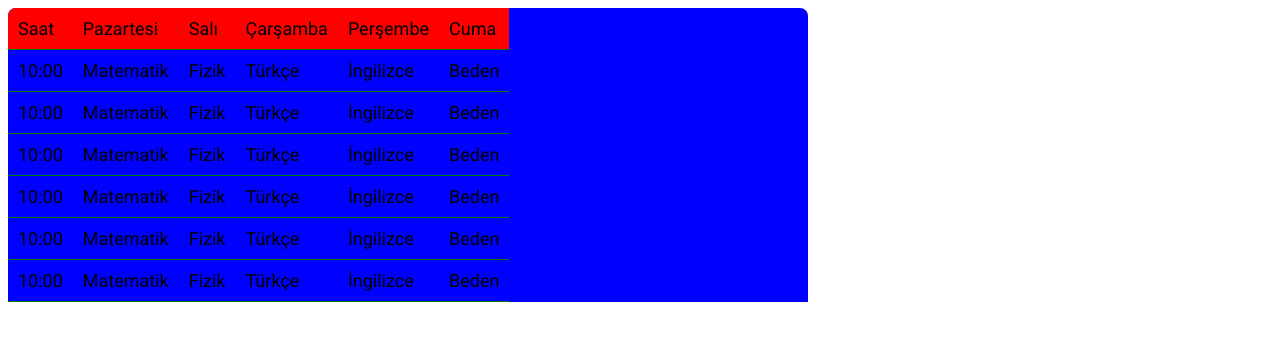
Repository: ahmetbugraozcan/css-ders-programi
Page: deneme2.html
These files come from the project's save history. The page is drawn as it stood at one moment and after the next save; the edit follows.
The browser window is 1280 px wide. The pictures show the whole page.

Above is the page before, as saved 2021-07-10 15:20:41.

### deneme2.html
<!DOCTYPE html>
<html>

<head>
    <link href='http://fonts.googleapis.com/css?family=Roboto' rel='stylesheet' type='text/css'>
    <style>
        * {
            box-sizing: border-box;
        }

        body {
            font-family: 'Roboto', sans-serif;
            font-size: 18px;

        }

        .head {
            background-color: red;
        }
        .row {
            width: 800px;
             justify-content: stretch;
            border-radius: 8px 8px 0 0;
            overflow: hidden;
            display: flex;
            flex-direction: row;
            background-color: blue;
        }

        .row>div>div {

            border-bottom: 1px solid green;
        }

        .row>div>div,
        .head {
            padding: 10px;
        }
    </style>
</head>

<body>
    <div class="row">
        <div>
            <div class="head"> Saat</div>
            <div>10:00</div>
            <div>10:00</div>
            <div>10:00</div>
            <div>10:00</div>
            <div>10:00</div>
            <div>10:00</div>
        </div>
        <div>
            <div class="head"> Pazartesi</div>
            <div>Matematik</div>
            <div>Matematik</div>
            <div>Matematik</div>
            <div>Matematik</div>
            <div>Matematik</div>
            <div>Matematik</div>
        </div>
        <div>
            <div class="head">Salı</div>
            <div>Fizik</div>
            <div>Fizik</div>
            <div>Fizik</div>
            <div>Fizik</div>
            <div>Fizik</div>
            <div>Fizik</div>
        </div>
        <div>
            <div class="head">Çarşamba</div>
            <div>Türkçe</div>
            <div>Türkçe</div>
            <div>Türkçe</div>
            <div>Türkçe</div>
            <div>Türkçe</div>
            <div>Türkçe</div>

        </div>
        <div>
            <div class="head">Perşembe</div>
            <div>İngilizce</div>
            <div>İngilizce</div>
            <div>İngilizce</div>
            <div>İngilizce</div>
            <div>İngilizce</div>
            <div>İngilizce</div>
        </div>
        <div>
            <div class="head">Cuma</div>
            <div>Beden</div>
            <div>Beden</div>
            <div>Beden</div>
            <div>Beden</div>
            <div>Beden</div>
            <div>Beden</div>

        </div>
    </div>

</body>

</html>

After the next save:
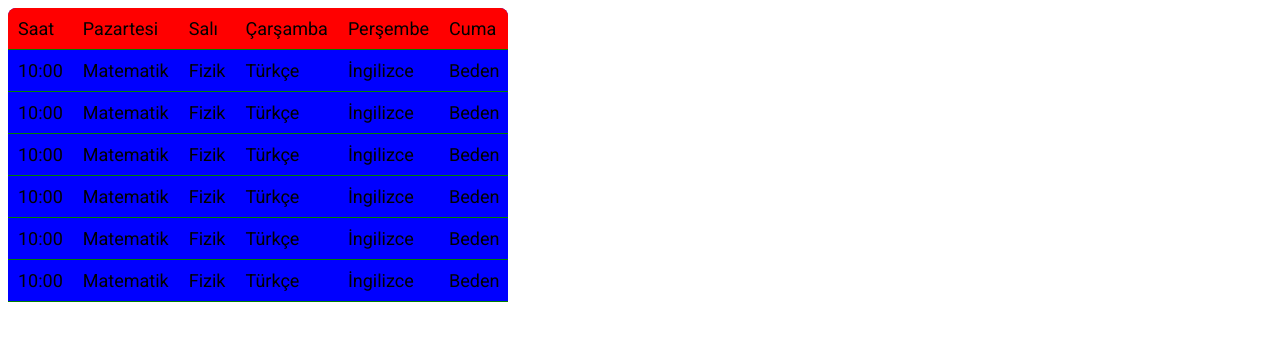
Saved 7 s later.
--- a/deneme2.html
+++ b/deneme2.html
@@ -18,7 +18,7 @@
             background-color: red;
         }
         .row {
-            width: 800px;
+            width: 500px;
              justify-content: stretch;
             border-radius: 8px 8px 0 0;
             overflow: hidden;
